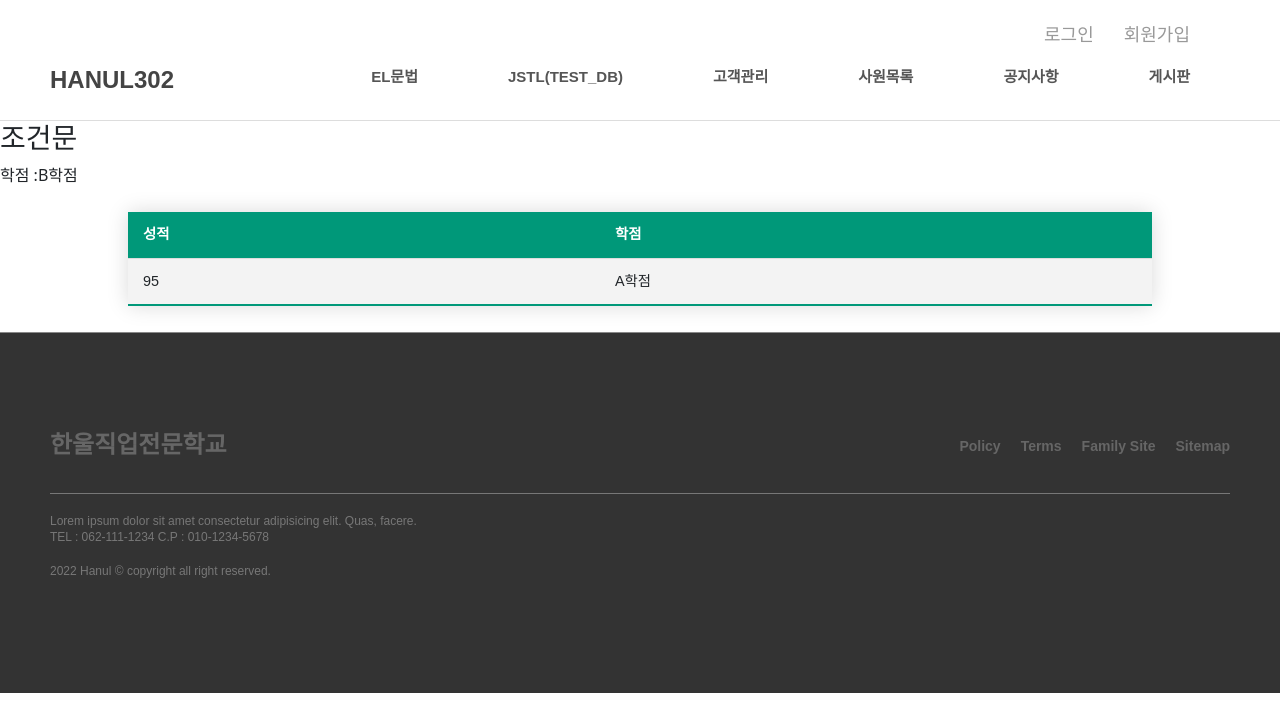
Repository: Xeyeong/servlet
Page: http://localhost/05.MiniProject/el/control.jsp
These files come from the project's save history. The page is drawn as it stood at one moment and after the next save; the edit follows.
The browser window is 1280 px wide. The pictures show the whole page.
Some web libraries are served in a nearby version. The page is served by Tomcat 9. Other server files are loaded and not shown.

Above is the page before, as saved 2022-09-22 00:50:44.

### 05.MiniProject/src/main/webapp/el/control.jsp
<%@ page language="java" contentType="text/html; charset=UTF-8"
	pageEncoding="UTF-8"%>
<%@ taglib uri="http://java.sun.com/jsp/jstl/core" prefix="c"%>
<!DOCTYPE html>
<html>
<head>
<meta charset="UTF-8">
<title>Insert title here</title>
</head>
<body>
	<jsp:include page="/include/header.jsp" />

	<h3>조건문</h3>
	<c:set var="score" value="95" />
	<!--
	<c:if test="${score ge 90 }">
		<c:set var="grade" value="A학점" />
	</c:if>
	<c:if test="${score ge 80 and score lt 90}">
		<c:set var="grade" value="B학점" />
	</c:if>
	<c:if test="${score ge 70 and score lt 80}">
		<c:set var="grade" value="C학점" />
	</c:if>
	 -->
	 <c:if test="${score lt 60 }">
		<c:set var="grade" value="F학점" />
	</c:if>
	 <c:if test="${score lt 70 }">
		<c:set var="grade" value="C학점" />
	</c:if>
	 <c:if test="${score lt 80 }">
		<c:set var="grade" value="B학점" />
	</c:if>
	 <c:if test="${score lt 90 }">
		<c:set var="grade" value="A학점" />
	</c:if>
	<%
	int score = 85;
	String grade = "";
	if ( score >= 90){
		grade = "A학점";

	}if ( score >= 80){
		grade = "B학점";

	}if ( score >= 70 && score < 80){ // 85 >= 70 : T
		grade = "C학점";
	}
	out.print(" 학점 :"+ grade);
	%>

	<table class="styled-table">
		<tr>
			<th>성적</th>
			<th>학점</th>
		</tr>
		<tr>
			<td>${score}</td>
			<td>${grade}</td>
		</tr>
	</table>



	<jsp:include page="/include/footer.jsp" />
</body>
</html>

### 05.MiniProject/src/main/webapp/include/header.jsp
<%@ page language="java" contentType="text/html; charset=UTF-8"
    pageEncoding="UTF-8"%>
<%@ taglib uri="http://java.sun.com/jsp/jstl/core" prefix="c" %>
<!DOCTYPE html>
<html>
<head>
<meta charset="UTF-8">
<meta http-equiv="X-UA-Compatible" content="IE=CHROME">
<meta name="viewport" content="width=device-width, initial-scale=1.0">
<title>실습용 테마</title>
<link rel="icon" href="favicon.ico" type="image/x-icon">
<script src="https://kit.fontawesome.com/c47106c6a7.js"
	crossorigin="anonymous"></script>
<link rel="stylesheet" href="<c:url value="/"/>css/style.css?<%=new java.util.Date()%>">
<link rel="stylesheet" href="<c:url value="/"/>css/common.css?<%=new java.util.Date()%>">
<script src="js/ie.js"></script>
<link
	href="https://cdn.jsdelivr.net/npm/bootstrap@5.2.0-beta1/dist/css/bootstrap.min.css"
	rel="stylesheet"
	integrity="sha384-0evHe/X+R7YkIZDRvuzKMRqM+OrBnVFBL6DOitfPri4tjfHxaWutUpFmBp4vmVor"
	crossorigin="anonymous">
<script
	src="https://cdn.jsdelivr.net/npm/bootstrap@5.2.0-beta1/dist/js/bootstrap.bundle.min.js"
	integrity="sha384-pprn3073KE6tl6bjs2QrFaJGz5/SUsLqktiwsUTF55Jfv3qYSDhgCecCxMW52nD2"
	crossorigin="anonymous"></script>
<script src="https://code.jquery.com/jquery-3.6.0.min.js"></script>
</head>
<body>
	<header>
		<div class="inner">
			<h1>
				<a href="#">HANUL302</a>
			</h1>
			<ul id="gnb">
				<li><a href="<c:url value="/"/>list.el">EL문법</a></li>
				<li><a href="<c:url value="/"/>list.te">JSTL(TEST_DB)</a></li>
				<li><a href="<c:url value="/"/>list.cu">고객관리</a></li>
				<li><a href="#">사원목록</a></li>
				<li><a href="#">공지사항</a></li>
				<li><a href="#">게시판</a></li>
			</ul>



			<ul class="util">
				<li><a href="#">로그인</a></li>
				<li><a href="#">회원가입</a></li>
			</ul>

		</div>

	</header>
</body>
</html>

### 05.MiniProject/src/main/webapp/include/footer.jsp
<%@ page language="java" contentType="text/html; charset=UTF-8"
    pageEncoding="UTF-8"%>
<footer>
		<div class="inner">
			<div class="upper">
				<h1>한울직업전문학교</h1>
				<ul>
					<li><a href="#">Policy</a></li>
					<li><a href="#">Terms</a></li>
					<li><a href="#">Family Site</a></li>
					<li><a href="#">Sitemap</a></li>
				</ul>
			</div>
			<div class="lower">
				<address>
					Lorem ipsum dolor sit amet consectetur adipisicing elit. Quas,
					facere.<br> TEL : 062-111-1234 C.P : 010-1234-5678
				</address>
				<p>2022 Hanul &copy; copyright all right reserved.</p>
			</div>
		</div>
</footer>

### 05.MiniProject/src/main/webapp/css/style.css
@charset 'utf-8';


* {
	margin: 0px;
	padding: 0px;
	box-sizing: border-box;
}
ul,
ol {
	list-style: none;
}
a {
	text-decoration: none;
}

/* header */
header {
	width: 100%;
	border-bottom: 1px solid #ddd;
}
header .inner {
	width: 1180px;
	height: 120px;
	margin: 0px auto;
	position: relative; /*자식 absolute 요소의 기준점 설정*/
}
header .inner h1 {
	position: absolute;
	left: 0px;
	bottom: 15px;
}
header .inner h1 a {
	font: bold 24px/1 "arial";
	color: #444;
}
header .inner .util {
	position: absolute;
	top: 20px;
	right: 30px;
}
header .inner .util li {
	float: left;
}
header .inner .util li a {
	display: block;
	font: 18px "arial";
	color: #999;
	padding: 0px 10px;
}
header .inner #gnb {
	position: absolute;
	bottom: 0px;
	right: 0px;
}
header .inner #gnb li {
	float: left;
}
header .inner #gnb li a {
	display: block; /*인라인 요소는 block설정하여 크기를 조절가능*/
	font: bold 15px/1 "arial";
	color: #555;
	padding: 20px 40px;
	transition: all 0.5s;
}
header .inner #gnb li a:hover {
	background: #555;
	color: #fff;
}
figure {
	width: 100%;
	height: calc(100vh - 120px); /*전체 브라우저 높이에서 120px만큼 빼줌*/
	background: #000;
	position: relative;
	overflow: hidden;
	padding-top: 250px;
}
figure video {
	object-fit: cover; /*영상을 figure안쪽에 꽉 차도록 설정*/
	width: 100%;
	height: 100%;
	opacity: 0.3;
	position: absolute;
	top: 0px;
	left: 0px;
}
figure .inner {
	width: 1180px;
	margin: 0px auto;
	position: relative;
}
figure .inner h1 {
	font: normal 120px/1 "arial";
	color: #fff;
	margin-bottom: 20px;
}
figure .inner p {
	font: 16px/1.4 "arial";
	color: #888;
	margin-bottom: 60px;
}
figure .inner a {
	display: block;
	width: 400px;
	height: 30px;
	border: 1px solid #bbb;
	font: bold 11px/30px "arial";
	color: #fff;
	text-align: center;
	letter-spacing: 1px;
	transition: all 0.5s;
}
figure .inner a:hover {
	background: #fff;
	color: #555;
}
/* news */
section {
	width: 100%;
	padding: 200px 0px;
}
section .inner {
	width: 1180px;
	margin: 0px auto;
}
section .inner h1 {
	font: bold 24px/1 "arial";
	color: #555;
	text-align: center;
	margin-bottom: 50px;
}
section .inner .wrap {
	width: 100%;
}
section .inner .wrap::after {
	/*자식 요소인 article의 float해제*/
	content: "";
	display: block;
	clear: both;
}
section .inner .wrap article {
	width: 32%;
	float: left;
	margin-right: 20px;
}
section .inner .wrap article:last-child {
	/*제일 오른쪽 마지막 요소만 여백제거*/
	margin-right: 0px;
}
section .inner .wrap article h2 {
	margin-bottom: 10px;
}
section .inner .wrap article h2 a {
	font: bold 16px/1 "arial";
	color: #555;
}
section .inner .wrap article p {
	font: 14px/1.4 "arial";
	color: #777;
}
section .inner .wrap article .pic {
	width: 100%;
	height: 120px;
	background: #333;
	margin-bottom: 15px;
	position: relative;
	overflow: hidden;
}
section .inner .wrap article .pic img {
	object-fit: cover; /*pic프레임안에 이미지 꽉 채움*/
	width: 100%;
	height: 100%;
}
/* footer */
footer {
	width: 100%;
	background: #333;
	padding: 100px 0px;
	border-top: 1px solid #888;
}
footer .inner {
	width: 1180px;
	margin: 0px auto;
}
footer .inner .upper {
	width: 100%;
	border-bottom: 1px solid #777;
	padding-bottom: 20px;
}
footer .inner .upper::after {
	/*상단 영역 float해제*/
	content: "";
	display: block;
	clear: both;
}
footer .inner .upper h1 {
	float: left;
	font: bold 24px/1 "arial";
	color: #666;
}
footer .inner .upper ul {
	float: right;
}
footer .inner .upper ul li {
	float: left;
	margin-left: 20px;
}
footer .inner .upper ul li a {
	font: bold 14px/1 "arial";
	color: #666;
}
footer .inner .lower {
	width: 100%;
	padding-top: 20px;
}
footer .inner .lower address {
	width: 100%;
	font: 12px/1.3 "arial";
	color: #777;
	margin-bottom: 20px;
}
footer .inner .lower p {
	width: 100%;
	font: 12px/1 "arial";
	color: #777;
}

.styled-table {
	width: 80%;
    border-collapse: collapse;
    margin: 2% 10% 2% 10% ;
    font-size: 0.9em;
    font-family: sans-serif;
    min-width: 400px;
    box-shadow: 0 0 20px rgba(0, 0, 0, 0.15);

}

.styled-table thead tr {
    background-color: #009879;
    color: #ffffff;
    text-align: left;
}
table th{
	background-color: #6d6b6b!important;  color : #fff;
}
.styled-table th,
.styled-table td {
    padding: 12px 15px;
}

.styled-table tbody tr {
    border-bottom: 1px solid #dddddd;
}

.styled-table tbody tr:nth-of-type(even) {
    background-color: #f3f3f3;
}

.styled-table tbody tr:last-of-type {
    border-bottom: 2px solid #009879;
}

.styled-table tbody tr.active-row {
    font-weight: bold;
    color: #009879;
}



.styled-table {
	width: 80%;
    border-collapse: collapse;
    margin: 2% 10% 2% 10%;
    font-size: 0.9em;
    font-family: sans-serif;
    min-width: 400px;
    box-shadow: 0 0 20px rgba(0, 0, 0, 0.15);
}

.styled-table thead tr {
    background-color: #009879;
    color: #ffffff;
    text-align: left;
}

.styled-table th,
.styled-table td {
    padding: 12px 15px;
}

.styled-table tbody tr {
    border-bottom: 1px solid #dddddd;
}

.styled-table tbody tr:nth-of-type(even) {
    background-color: #f3f3f3;
}

.styled-table tbody tr:last-of-type {
    border-bottom: 2px solid #009879;
}

.styled-table tbody tr.active-row {
    font-weight: bold;
    color: #009879;
}
.list-top{
	width: 80%;
	margin: 2% 10%;
}
input[ type=button ] {
	padding : 2px 10px
}

input[ type=submit ]{
	padding: 2px 10px
}
label:not(:last-child) {
	margin-right: 30px
}

### 05.MiniProject/src/main/webapp/css/common.css
@charset "UTF-8";

ul {
	list-style-type: none;
	align-items: center;
	padding: 0;
}

.center {
	position: absolute;
	left: 50%;
	top: calc(120px + 50%);
	transform: translate(-50%, -50%);
}

.list-top {
	display: flex;
	justify-content: space-between;
}

.list-top ul {
	display: flex;
}

table.tb-list th, table.tb-list td {
	border: 1px solid #b0b0b0;
}

.list-top {
	width: 80%;
	margin: 2% 10%
}

input[type=button], input[type=submit] {
	padding: 2px 10px
}

table th {
	background-color: #009879 !important;
	color: #fff;
}

label:not(:last-child) {
	margin-right: 30px
}

.btnSet {
	margin: 20px auto;
	width: 80%;
}

.btnSet a:not(:last-child) {
	margin-right: 5px
}

a {
	text-decoration: none !important;
}

a.btn-fill, a.btn-empty {
	height: 28px;
	padding: 3px 15px;
	border: 1px solid #009879;
	border-radius: 3px;
}

a.btn-fill {
	background-color: #009879;
	color: #fff;
}

a.btn-empty {
	color: #009879;
}

input {
	padding: 0 10px;
}

input:focus {
	outline: none !important;
	border-color: #009879;
}

.tb-wrap {
	overflow: auto;
	margin: 20px auto;
	height: 500px;
	width: 80%;
}

.tb-wrap table {
	width: 100%;
	margin: 0;
}

header ul li:not(:first-child) {
	margin-left: 10px
}

.valid {
	color: green;
	font-size: 14px;
	font-weight: bold;
}

.invalid {
	color: red;
	font-size: 14px;
	font-weight: bold;
}

.font {
	font-size: 18px;
}

#delete {
	display: none;
}

.w-px40 {
	width: 40px
}

.w-px60 {
	width: 60px
}

.w-px80 {
	width: 80px
}

.w-px100 {
	width: 100px
}

.w-px120 {
	width: 120px
}

.w-px140 {
	width: 140px
}

.w-px160 {
	width: 160px
}

.w-px180 {
	width: 180px
}

.w-px200 {
	width: 200px
}

.w-px220 {
	width: 220px
}

.w-px250 {
	width: 250px
}

.w-px300 {
	width: 300px
}

Loaded but not shown: 05.MiniProject/src/main/webapp/js/ie.js (common file)

After the next save:
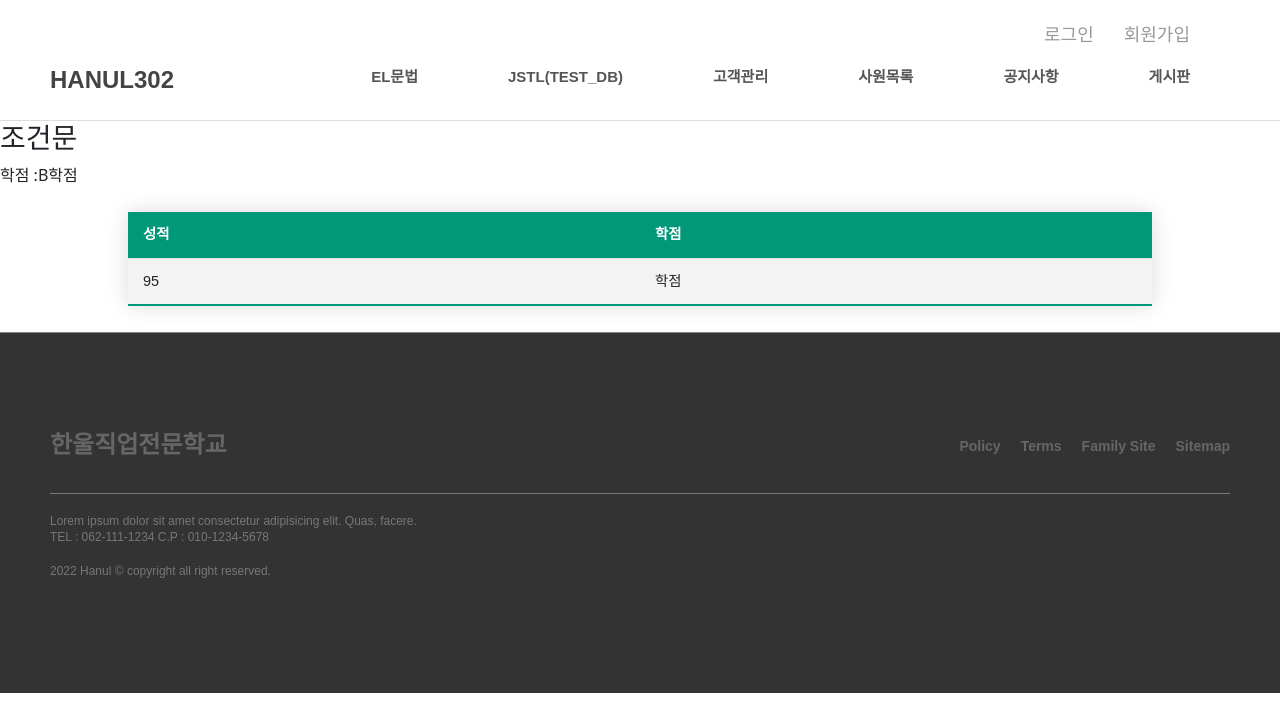
Saved 13 s later.
--- a/05.MiniProject/src/main/webapp/el/control.jsp
+++ b/05.MiniProject/src/main/webapp/el/control.jsp
@@ -35,6 +35,11 @@
 	 <c:if test="${score lt 90 }">
 		<c:set var="grade" value="A학점" />
 	</c:if>
+	 <c:if test="${score le 100 }">
+		<c:set var="grade" value="학점" />
+	</c:if>
+
+
 	<%
 	int score = 85;
 	String grade = "";

After the save that followed:
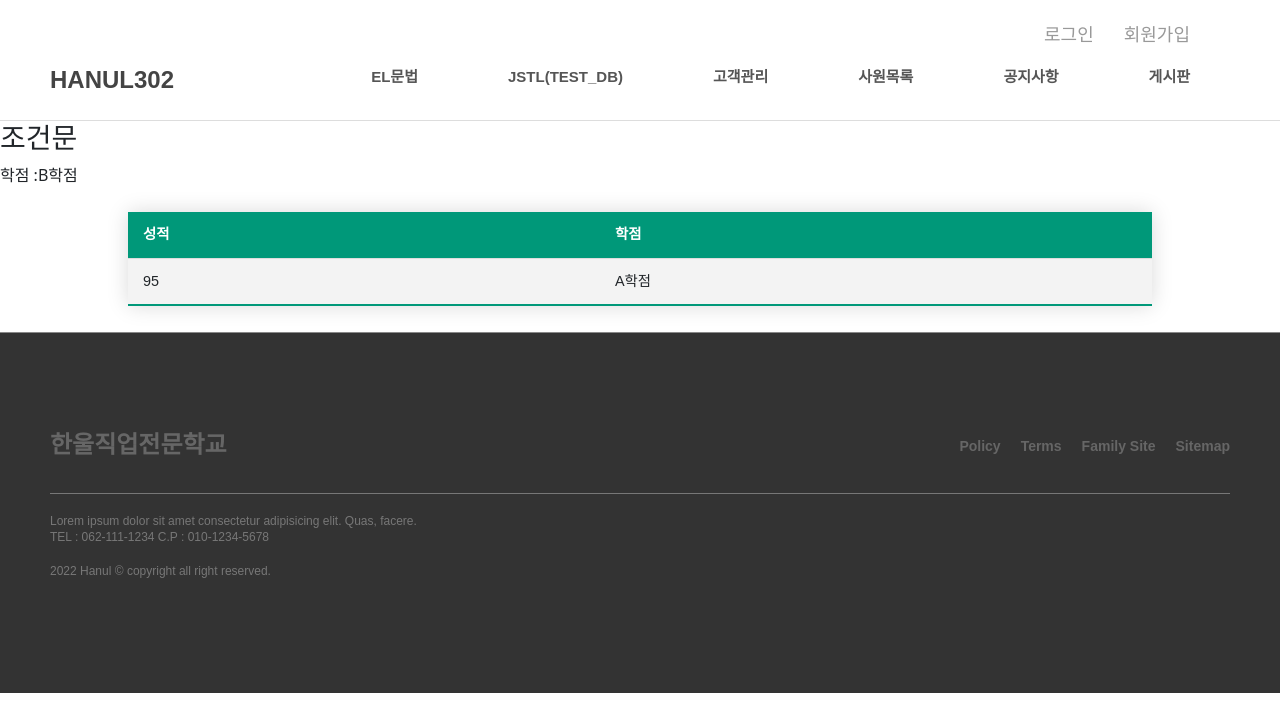
Saved 14 s later.
--- a/05.MiniProject/src/main/webapp/el/control.jsp
+++ b/05.MiniProject/src/main/webapp/el/control.jsp
@@ -27,16 +27,16 @@
 		<c:set var="grade" value="F학점" />
 	</c:if>
 	 <c:if test="${score lt 70 }">
+		<c:set var="grade" value="D학점" />
+	</c:if>
+	 <c:if test="${score lt 80 }">
 		<c:set var="grade" value="C학점" />
 	</c:if>
-	 <c:if test="${score lt 80 }">
+	 <c:if test="${score lt 90 }">
 		<c:set var="grade" value="B학점" />
 	</c:if>
-	 <c:if test="${score lt 90 }">
+	 <c:if test="${score le 100 }">
 		<c:set var="grade" value="A학점" />
-	</c:if>
-	 <c:if test="${score le 100 }">
-		<c:set var="grade" value="학점" />
 	</c:if>
 
 
